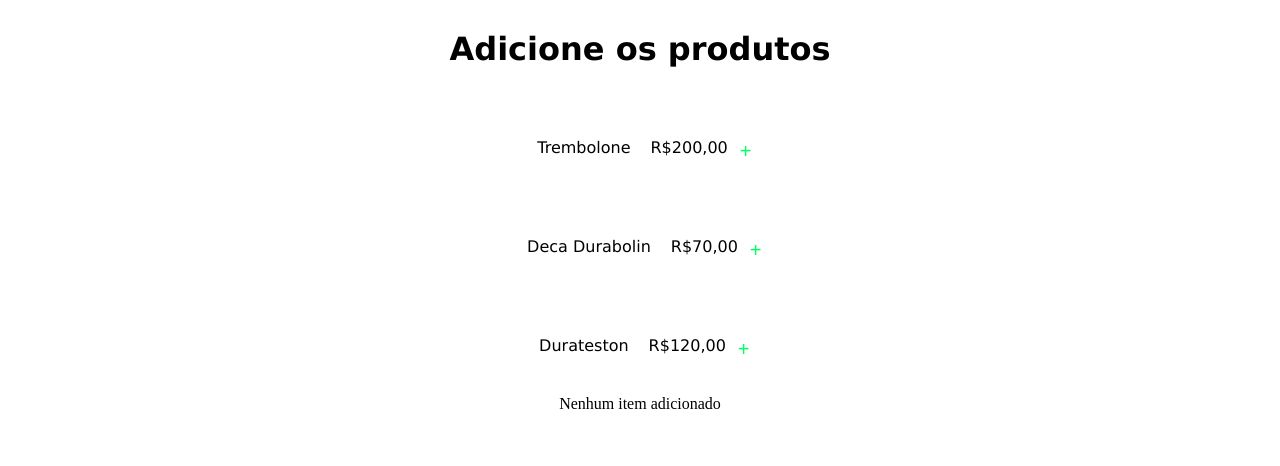
Repository: Leonngc/Lab
Page: confirm.html
These files come from the project's save history. The page is drawn as it stood at one moment and after the next save; the edit follows.
The browser window is 1280 px wide. The pictures show the whole page.

Above is the page before, as saved 2023-01-10 21:16:52.

After the next save:
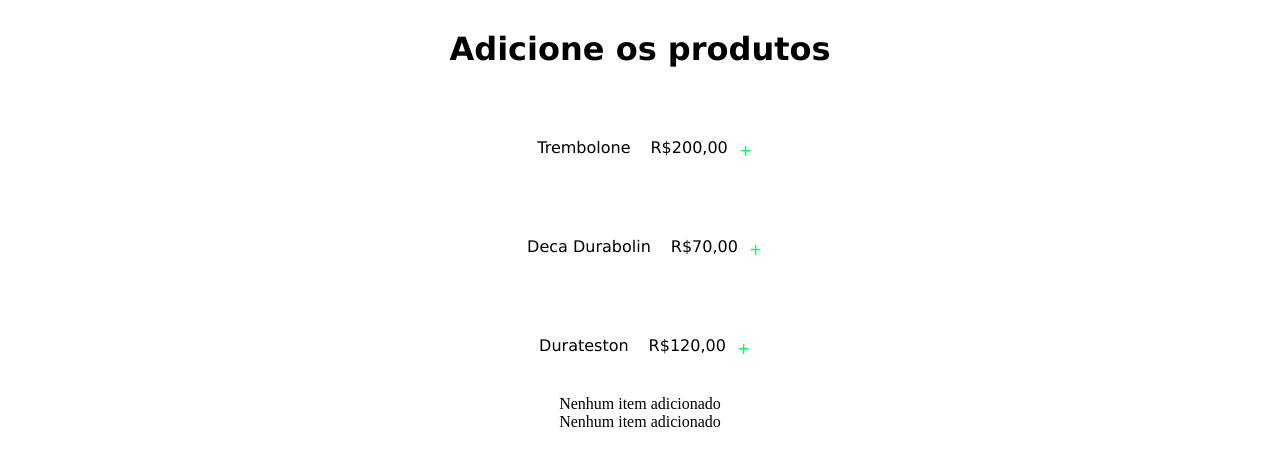
Saved 47 s later.
--- a/confirm.html
+++ b/confirm.html
@@ -37,6 +37,7 @@
     <div id="carrinho">
       <ul>
         <li>Nenhum item adicionado</li>
+        <li>Nenhum item adicionado</li>
       </ul>
     </div>
 
